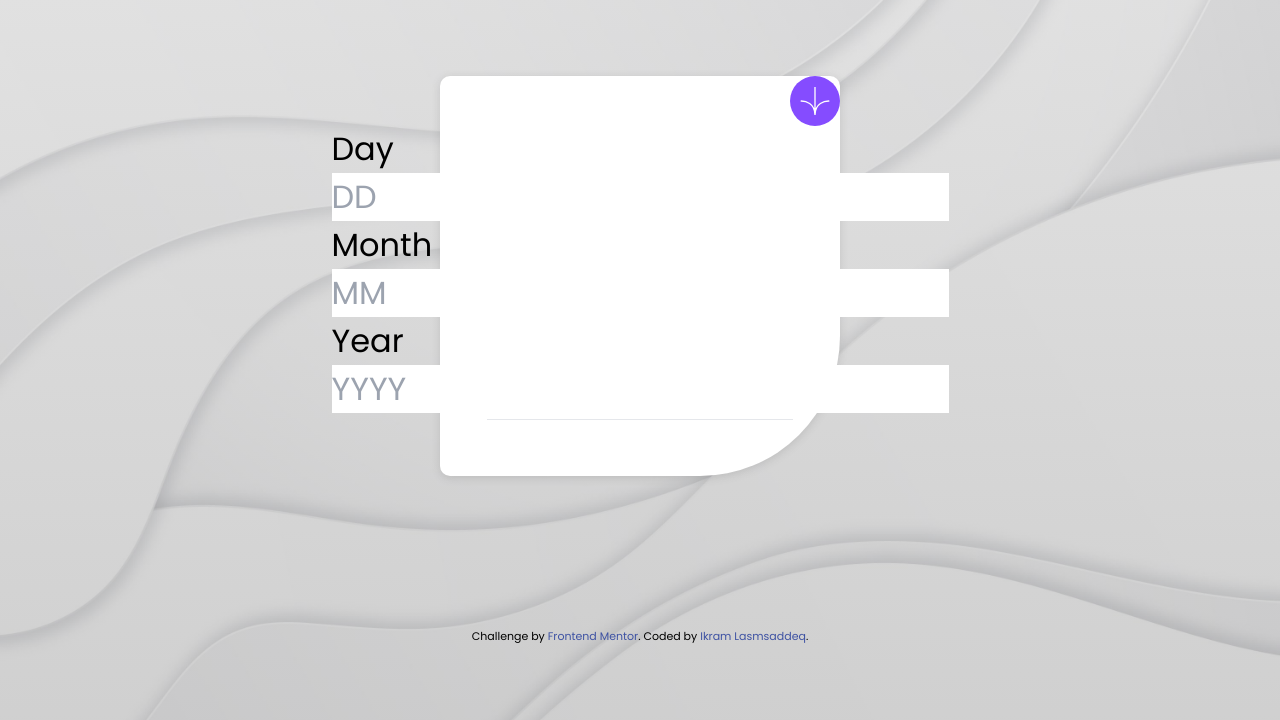
Repository: ikram-lisa/age-display
Page: /
These files come from the project's save history. The page is drawn as it stood at one moment and after the next save; the edit follows.
The browser window is 1280 px wide. The pictures show the whole page.
Some web libraries are served in a nearby version. The project was rebuilt for these pictures with package versions that can differ from the ones it lists, and the page was loaded fresh each time.

Above is the page before, as saved 2024-04-30 23:29:11.

### index.html
<!DOCTYPE html>
<html lang="en">
  <head>
    <meta charset="UTF-8" />
    <meta name="viewport" content="width=device-width, initial-scale=1.0" />
    <!-- displays site properly based on user's device -->
    <link href="https://cdn.tailwindcss.com" rel="stylesheet" />
    <link rel="stylesheet" href="./css/style.scss" />
    <link
      rel="icon"
      type="image/png"
      sizes="32x32"
      href="./assets/images/favicon-32x32.png"
    />

    <title>Frontend Mentor | Age calculator app</title>
    <style>
      .attribution {
        font-size: 11px;
        text-align: center;
      }
      .attribution a {
        color: hsl(228, 45%, 44%);
      }
    </style>
  </head>
  <!-- <script type="module" src="js/script.js"></script> -->
  <body>
    <section class="calculator">
      <header>
        <form class="form" action="">
          <div class="formInput active error">
            <label for="day">Day</label>
            <input class="day" id="day" type="number" placeholder="DD" />
          </div>

          <div class="formInput active error">
            <label for="month">Month</label>
            <input class="month" id="month" type="number" placeholder="MM" />
          </div>

          <div class="formInput active error">
            <label for="year">Year</label>
            <input class="year" id="year" type="number" placeholder="YYYY" />
          </div>
        </form>
      </header>

      <button class="submit">
        <img src="./assets/images/icon-arrow.svg" alt="submit" />
      </button>

      <hr class="separator" />
      <div class="result">
        <p class="days"></p>
        <p class="month"></p>
        <p class="years"></p>
      </div>
    </section>
    <footer>
      <div class="attribution">
        Challenge by
        <a href="https://www.frontendmentor.io?ref=challenge" target="_blank"
          >Frontend Mentor</a
        >. Coded by <a href="#">Ikram Lasmsaddeq</a>.
      </div>
    </footer>
  </body>
</html>

### css/style.scss
@use "./base/variable" as *;
@use "./base/font.scss" as *;

@tailwind base;
@tailwind components;
@tailwind utilities;

* {
  margin: 0;
  padding: 0;
  box-sizing: border-box;
}
body {
  height: 100vh;
  background: linear-gradient(
      rgba(196, 196, 196, 0.5),
      rgba(161, 161, 161, 0.5)
    ),
    url("../images/background.jpg");
  background-size: cover;
  background-position: center;
  background-repeat: no-repeat;
  font-size: 32px;
  font-family: "Poppins", sans-serif;
  display: grid;
  place-items: center;
}
.calculator {
  width: 30%;
  min-width: 400px;
  height: 400px;
  background-color: white;
  border-radius: 10px 10px 140px 10px;
  box-shadow: rgba(99, 99, 99, 0.2) 0px 2px 8px 0px;
  position: relative;
  display: flex;
  flex-direction: column;
  align-items: center;
  justify-content: center;
  padding: 30px;
  .form {
    display: flex;
    justify-content: space-between;
    align-items: center;
    flex-wrap: wrap;
    .formInput {
      display: flex;
      flex-direction: column;
      input[type="text"] {
        text-align: right;
        background-color: aqua;
        margin-bottom: 10px;
      }
    }
  }
  .submit {
    width: 50px;
    height: 50px;
    border-radius: 50%;
    display: flex;
    justify-content: center;
    align-items: center;
    background-color: $purple;
    color: white;
    border: none;
    padding: 10px;
    position: absolute;
    top: 0;
    right: 0;
    cursor: pointer;
    transition: all 0.3s;

    &:hover {
      background-color: darken($purple, 10%);
    }
  }

  .separator {
    width: 90%;
    height: 1px;
    background-color: $lightGrey;
    margin: 6px auto;
  }
}

@media (max-width: 375px) {
}
@media (max-width: 768px) {
}
@media (max-width: 1440px) {
}

### css/base/_variable.scss
// Primary

$purple: hsl(259, 100%, 65%);
$lightRed: hsl(0, 100%, 67%);

// Neutral

$white: hsl(0, 0%, 100%);
$offWhite: hsl(0, 0%, 94%);
$lightGrey: hsl(0, 0%, 86%);
$smokeyGrey: hsl(0, 1%, 44%);
$offBlack: hsl(0, 0%, 8%);

### css/base/_font.scss
@import url("https://fonts.googleapis.com/css2?family=Montserrat:ital,wght@0,100..900;1,100..900&family=Open+Sans:ital,wght@0,400;0,600;0,700;0,800;1,400;1,700;1,800&family=Poppins:ital,wght@0,200;0,300;0,400;0,500;0,600;0,700;0,800;0,900;1,100;1,200;1,300;1,400;1,500;1,600;1,700;1,800;1,900&display=swap");

Loaded but not shown: tailwind.config.js (1075 lines, source omitted)

After the next save:
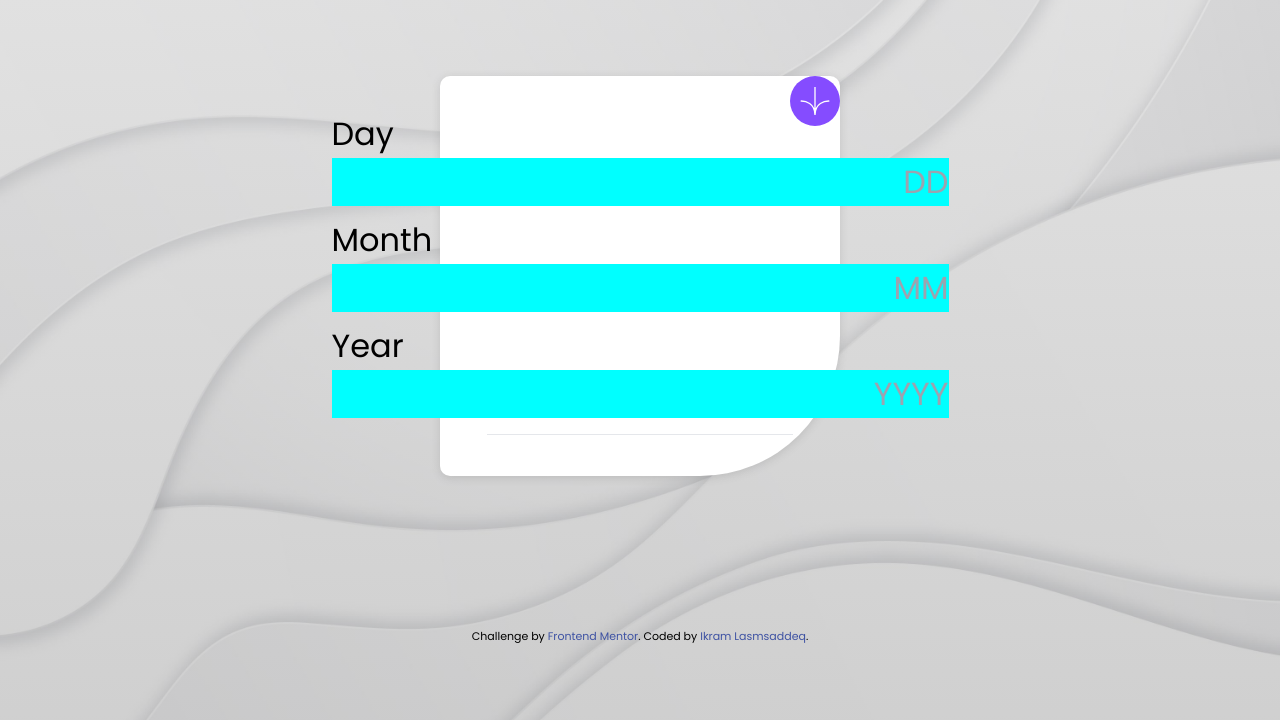
Saved 38 s later.
--- a/index.html
+++ b/index.html
@@ -31,17 +31,35 @@
         <form class="form" action="">
           <div class="formInput active error">
             <label for="day">Day</label>
-            <input class="day" id="day" type="number" placeholder="DD" />
+            <input
+              type="text"
+              class="day"
+              id="day"
+              type="number"
+              placeholder="DD"
+            />
           </div>
 
           <div class="formInput active error">
             <label for="month">Month</label>
-            <input class="month" id="month" type="number" placeholder="MM" />
+            <input
+              type="text"
+              class="month"
+              id="month"
+              type="number"
+              placeholder="MM"
+            />
           </div>
 
           <div class="formInput active error">
             <label for="year">Year</label>
-            <input class="year" id="year" type="number" placeholder="YYYY" />
+            <input
+              type="text"
+              class="year"
+              id="year"
+              type="number"
+              placeholder="YYYY"
+            />
           </div>
         </form>
       </header>
